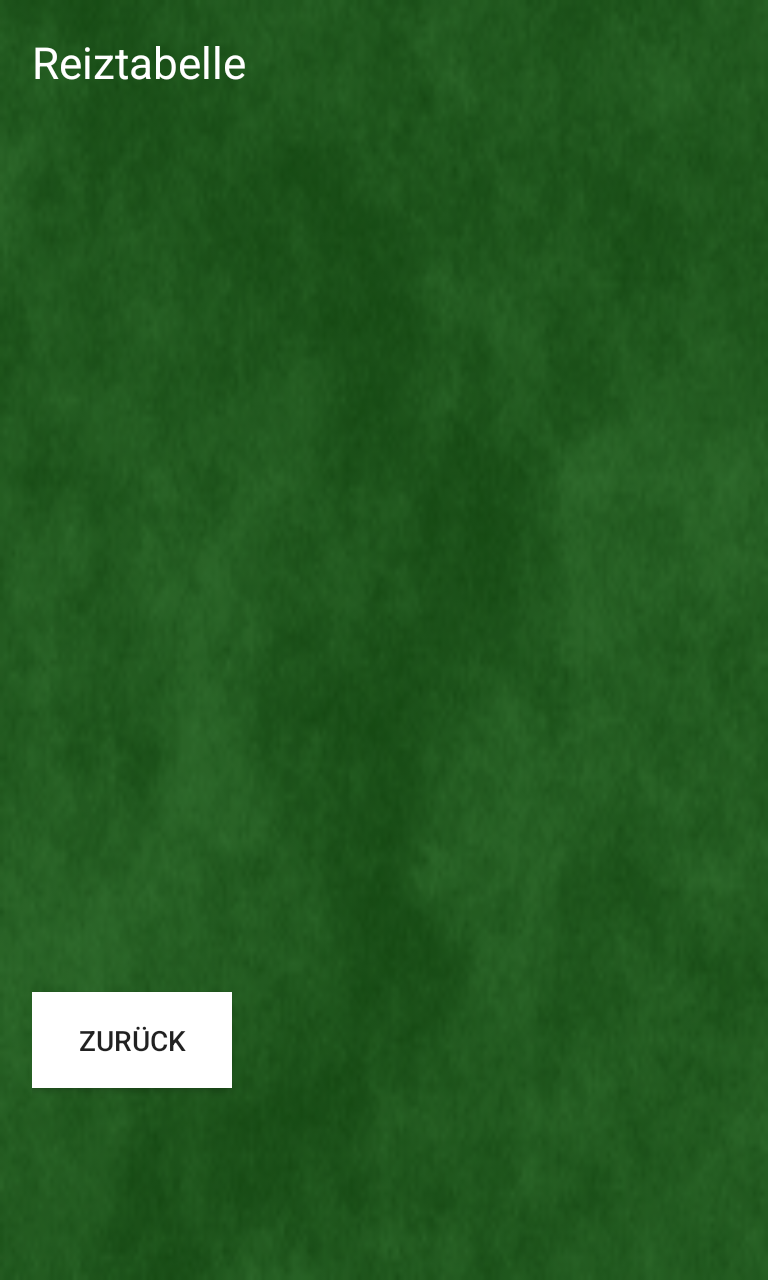
Repository: razinanu/InSy-Skat
Layout: InSy-Skat/res/layout/fragment_result.xml
These files come from the project's save history. The layout is drawn as it stood at one moment and after the next save; the edit follows.
It is drawn on a 768 x 1280 px phone screen (xhdpi) without system bars, with theme AppThemeWithoutActionBarTitle; the app's code is not run.

Above is the layout before, as saved 2014-06-21 14:09:41.

### InSy-Skat/res/layout/fragment_result.xml
<RelativeLayout xmlns:android="http://schemas.android.com/apk/res/android"
    xmlns:tools="http://schemas.android.com/tools"
    android:layout_width="match_parent"
    android:layout_height="match_parent"
    android:paddingBottom="@dimen/activity_vertical_margin"
    android:paddingLeft="@dimen/activity_horizontal_margin"
    android:paddingRight="@dimen/activity_horizontal_margin"
    android:paddingTop="@dimen/activity_vertical_margin"
    android:background="@drawable/hintergrundapp"
    tools:context="com.example.insy_skat.ResultActivity$PlaceholderFragment" >
    <TextView
        android:id="@+id/reizTabelleText"
        android:layout_width="wrap_content"
        android:layout_height="wrap_content"
        android:text="@string/reizenTabelle"
        android:textAppearance="?android:attr/textAppearanceLarge"
        android:textColor="#ffffff" />

<ScrollView
    android:id="@+id/scrollView1"
     android:layout_width="match_parent"
    android:layout_height="match_parent"
    android:layout_below="@+id/reizTabelleText"
    android:layout_centerHorizontal="true"
    android:layout_marginTop="16dp"
   android:layout_marginBottom="100dp" >

    <LinearLayout
        android:id="@+id/linearLayout"
        android:layout_width="match_parent"
        android:layout_height="wrap_content"
        android:orientation="vertical" >
    </LinearLayout>
</ScrollView>

<Button
    android:id="@+id/backbutton"
    android:layout_width="wrap_content"
    android:layout_height="wrap_content"
    android:layout_alignLeft="@+id/scrollView1"
    android:layout_alignParentBottom="true"
    android:layout_marginBottom="80dp"
    android:background="#ffffff"
    android:onClick="backToPrevActivity"
    android:text="@string/zurueck"
    android:width="100dp" />

</RelativeLayout>

### InSy-Skat/res/values/strings.xml
<?xml version="1.0" encoding="utf-8"?>
<resources>

    <string name="app_name">Reizassistent</string>
    <string name="action_settings">Settings</string>
    <string name="zurueck">Zurück</string>
    <string name="weiter">Weiter</string>
    <string name="menue">Menü</string>
    <string name="abbrechen">Beenden</string>
    <string name="farbspielGrand">Farbspiel/Grand</string>
    <string name="nullString">Null</string>
    <string name="grand">Grand</string>
    <string name="reizassistent">Reizassistent</string>
     <string name="bubenAuswaehlen">Buben Auswählen</string>
    <string name="farbenAuswahl">Farben Auswählen</string>
    <string name="reizenTabelle">Reiztabelle</string>
    <string name="title_activity_selected_soldiers">SelectedSoldiers</string>
    <string name="title_activity_farben_auswahl">FarbenAuswahl</string>
    <string name="title_activity_result">ResultActivity</string>
    <string name="info_title">Zusätzliche Informationen</string>
    <string name="home_title">Hauptmenü</string>
    <string name="text18">18</string>
     <string name="text20">20</string>
    <string name="text22">22</string>
     <string name="text23">23</string>
      <string name="text24">24</string>
      <string name="text27">27</string>
      <string name="text30">30</string>
      <string name="text35">35</string>
      <string name="text36">36</string>
      <string name="text40">40</string>
      <string name="text44">44</string>
      <string name="text45">45</string>
      <string name="text46">46</string>
      <string name="text48">48</string>
      <string name="text50">50</string>
      <string name="text54">54</string>
      <string name="text55">55</string>
      <string name="text59">59</string>
      <string name="text60">60</string>
      <string name="text63">63</string>
      <string name="text66">66</string>
      <string name="text70">70</string>
      <string name="text72">72</string>
      <string name="text77">77</string>
      <string name="text80">80</string>
      <string name="text81">81</string>
      <string name="text84">84</string>
      <string name="text88">88</string>
      <string name="text90">90</string>
      <string name="text96">96</string>
      <string name="text99">99</string>
      <string name="text100">100</string>
      <string name="text108">108</string>
      <string name="text110">110</string>
      <string name="text117">117</string>
      <string name="text120">120</string>

</resources>

Loaded but not shown: InSy-Skat/res/values-v11/styles.xml (common file); InSy-Skat/res/values/styles.xml (common file); InSy-Skat/res/values-v14/styles.xml (common file); InSy-Skat/res/values/dimens.xml (common file); InSy-Skat/res/values-w820dp/dimens.xml (common file)

After the next save:
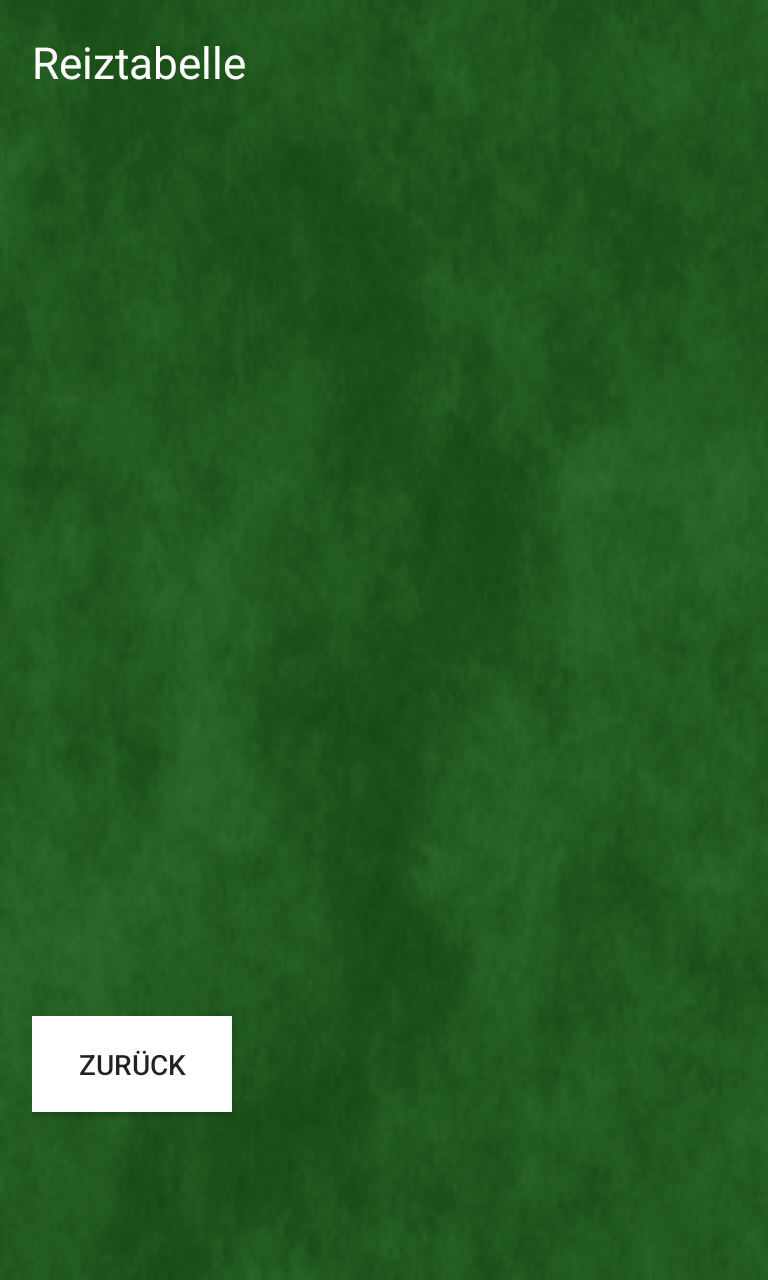
Saved 13 s later.
--- a/InSy-Skat/res/layout/fragment_result.xml
+++ b/InSy-Skat/res/layout/fragment_result.xml
@@ -39,7 +39,7 @@
     android:layout_height="wrap_content"
     android:layout_alignLeft="@+id/scrollView1"
     android:layout_alignParentBottom="true"
-    android:layout_marginBottom="80dp"
+    android:layout_marginBottom="68dp"
     android:background="#ffffff"
     android:onClick="backToPrevActivity"
     android:text="@string/zurueck"
